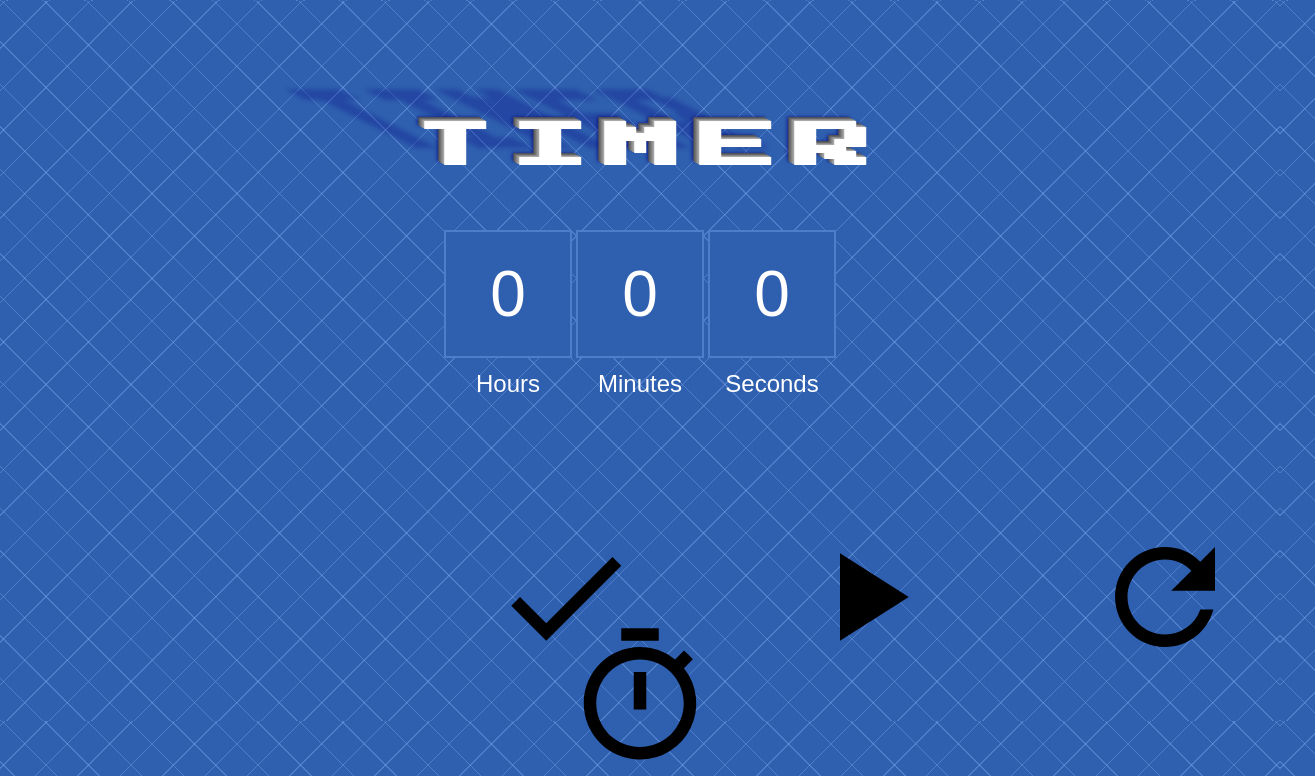
Repository: KrzysKolo/Projekt-12_Timer
Page: index.html
These files come from the project's save history. The page is drawn as it stood at one moment and after the next save; the edit follows.
The browser window is 1280 px wide. The page is 1315 px wide, then 1280 px, so the pictures cover 1315 px, including what lies to the right of the window. The pictures show the whole page.
Some web fonts or font styles are not loaded; a fallback is used.

Above is the page before, as saved 2020-06-24 22:31:44.

After the next save:
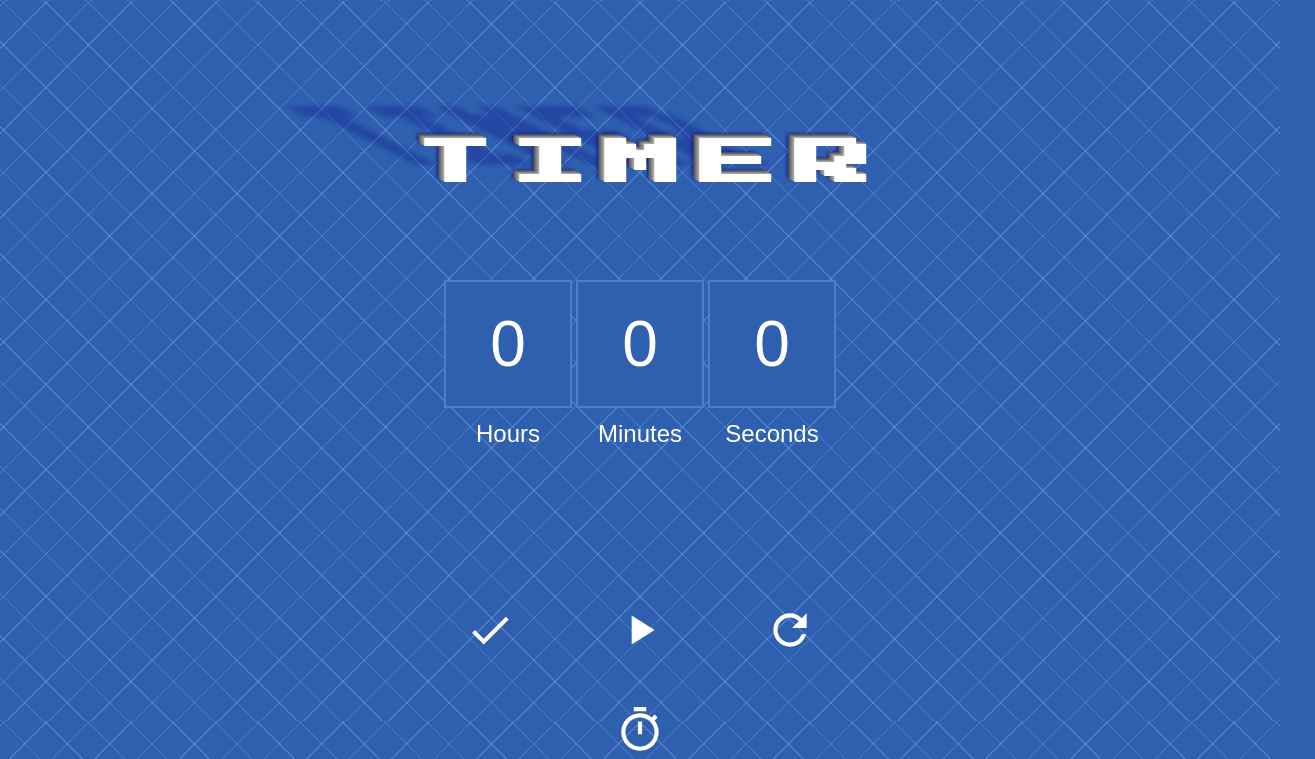
Saved 39 s later.
--- a/css/style.css
+++ b/css/style.css
@@ -133,3 +133,8 @@ body {
   border: none;
   cursor: pointer;
 }
+.button__icon {
+  height: 50px;
+  width: 50px;
+  fill: #fff;
+}
